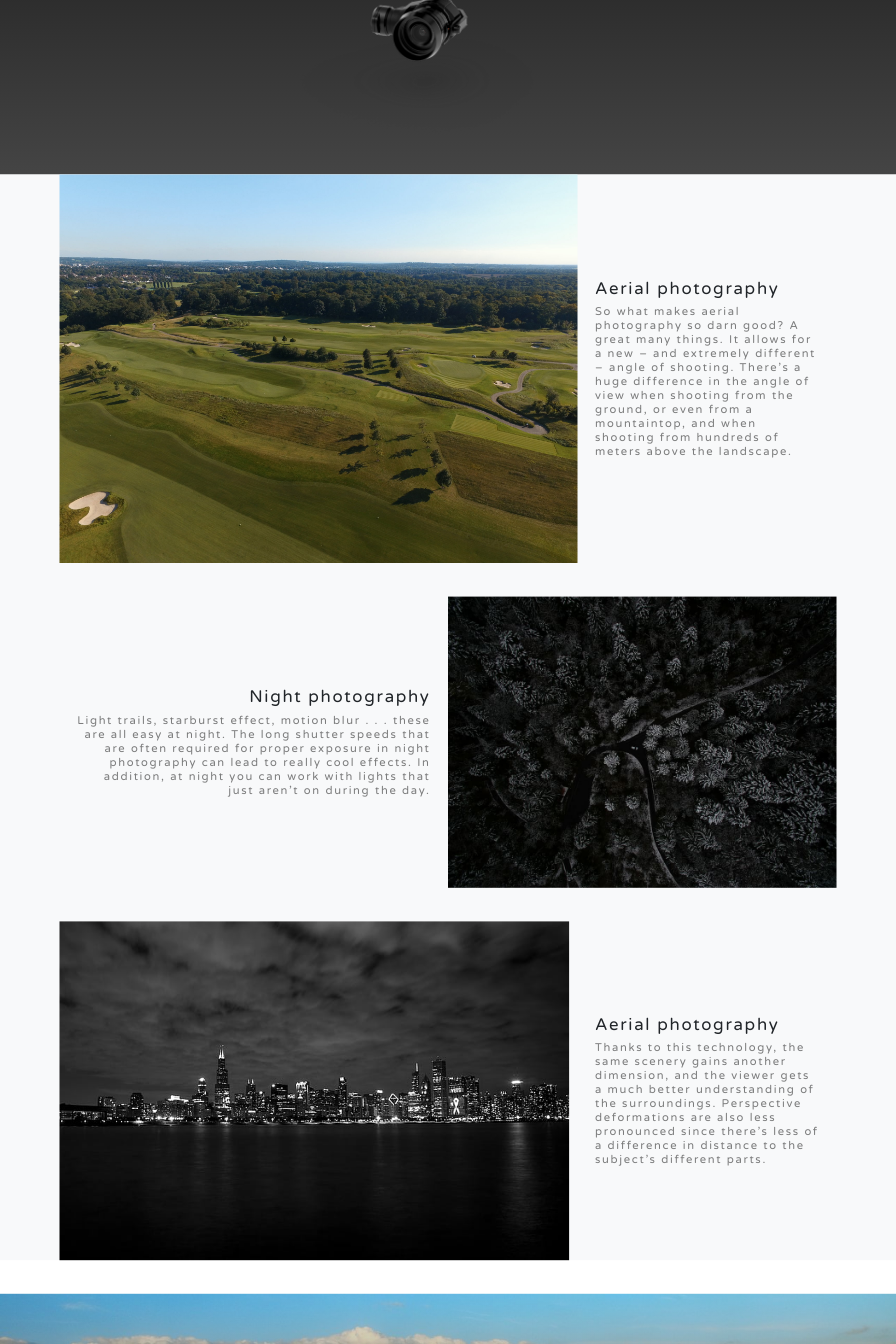
Repository: geoeskel/UCFD-Milestone-Project
Page: index.html
The author's editor kept a record of every edit. The page is drawn from the files as they stood at one moment, then again after the next edit.
The browser window is 1280 px wide. The pictures show the part of the page from y = 1495 to 3415 px (the page is 3904 px tall before and 4064 px after), at 70% of full size.
A picture or video elsewhere on the page could not be fetched, so the positions and the page height are approximate. Some web libraries are served in a nearby version.

Above is the page before.

After the next edit:
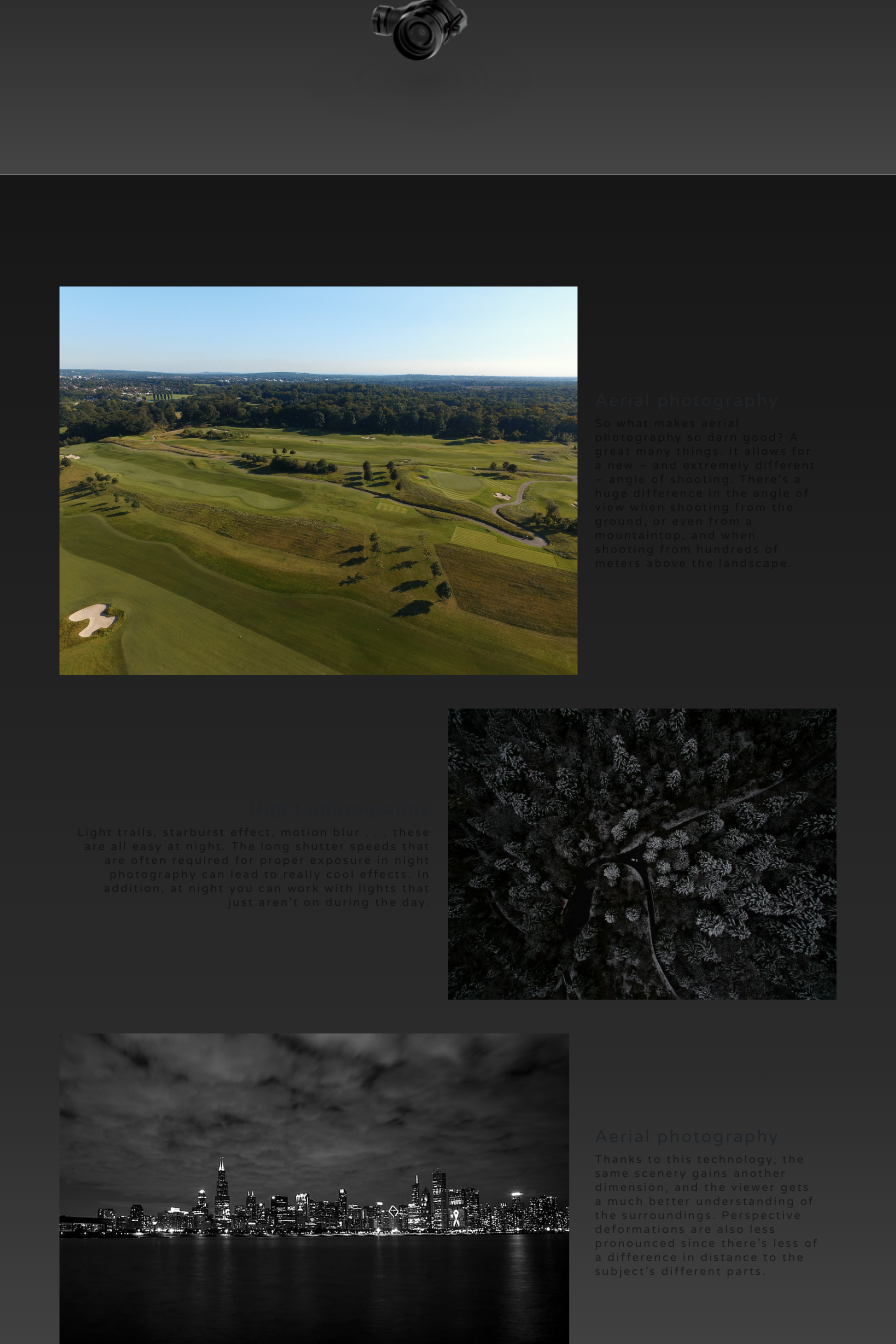
The edit:
--- a/index.html
+++ b/index.html
@@ -72,7 +72,7 @@
   </section>
 
   <!--------------------Services-------------------->
-  <section id="services" class="projects-section bg-light">
+  <section id="services" class="about-section bg-light">
     <div class="container">
 
       <div class="row align-items-center no-gutters mb-4 mb-lg-5">
